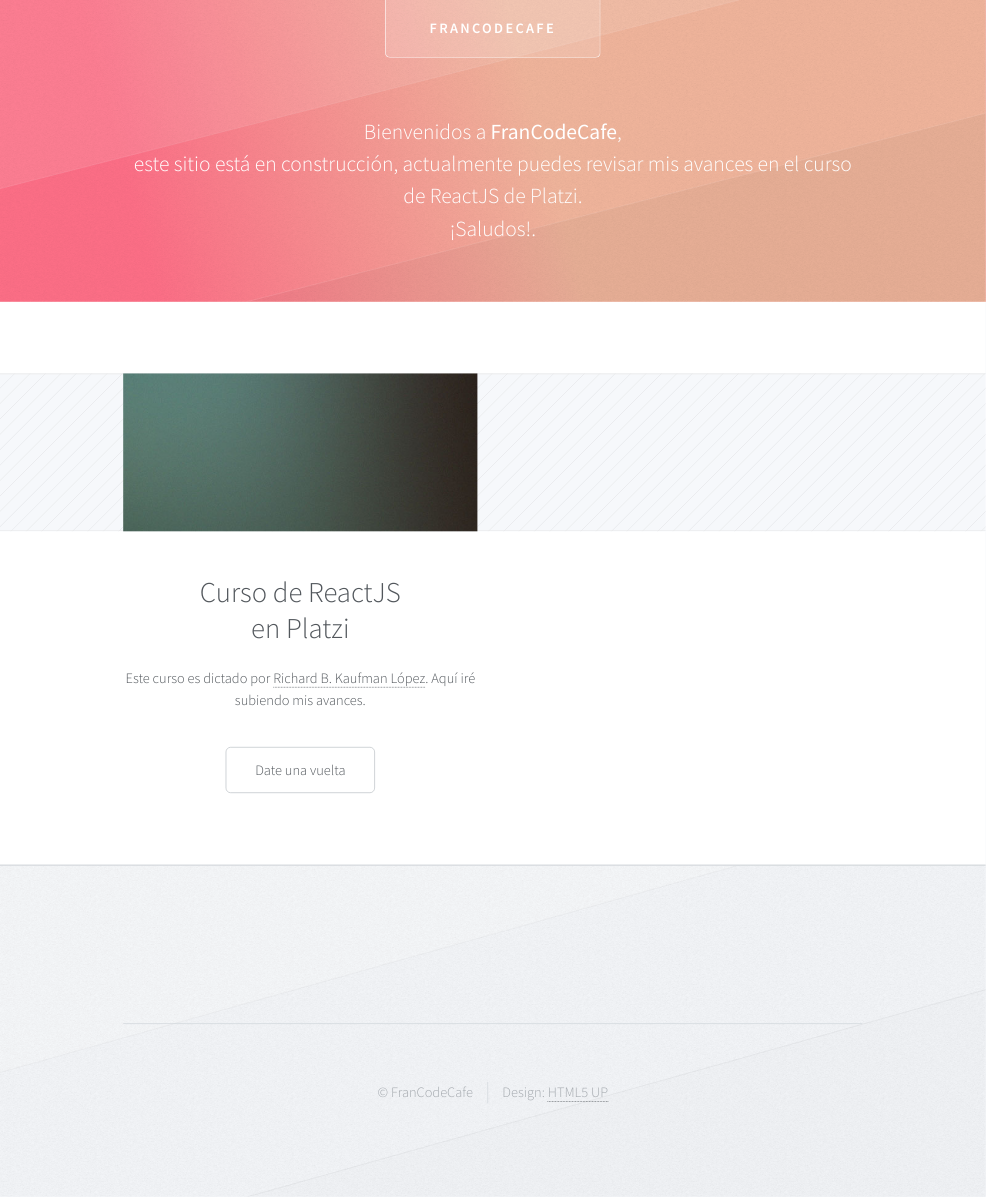
Repository: FranCodeCafe/francodecafe.github.io
Page: index.html
These files come from the project's save history. The page is drawn as it stood at one moment and after the next save; the edit follows.
The browser window is 1280 px wide. The pictures show the whole page, at 77% of full size.

Above is the page before, as saved 2020-01-22 14:20:57.

After the next save:
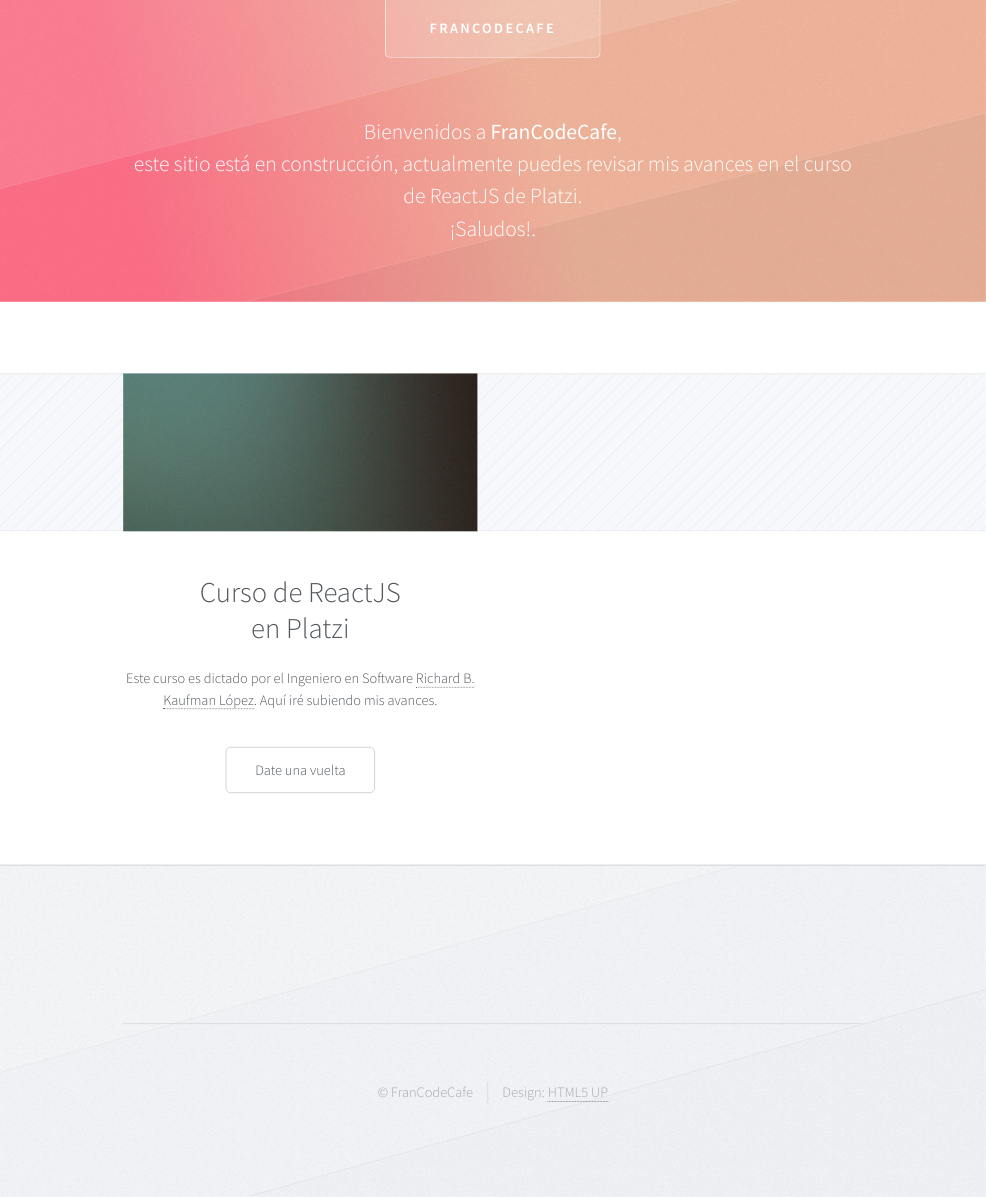
Saved 29 s later.
--- a/index.html
+++ b/index.html
@@ -90,7 +90,7 @@
 								<h2>Curso de ReactJS<br />
 								en Platzi</h2>
 							</header>
-							<p>Este curso es dictado por <a href="https://twitter.com/sparragus?s=20">Richard B. Kaufman López</a>. Aquí iré subiendo mis avances.</p>
+							<p>Este curso es dictado por el Ingeniero en Software <a href="https://twitter.com/sparragus?s=20">Richard B. Kaufman López</a>. Aquí iré subiendo mis avances.</p>
 							<ul class="actions">
 								<li><a href="#" class="button">Date una vuelta</a></li>
 							</ul>
